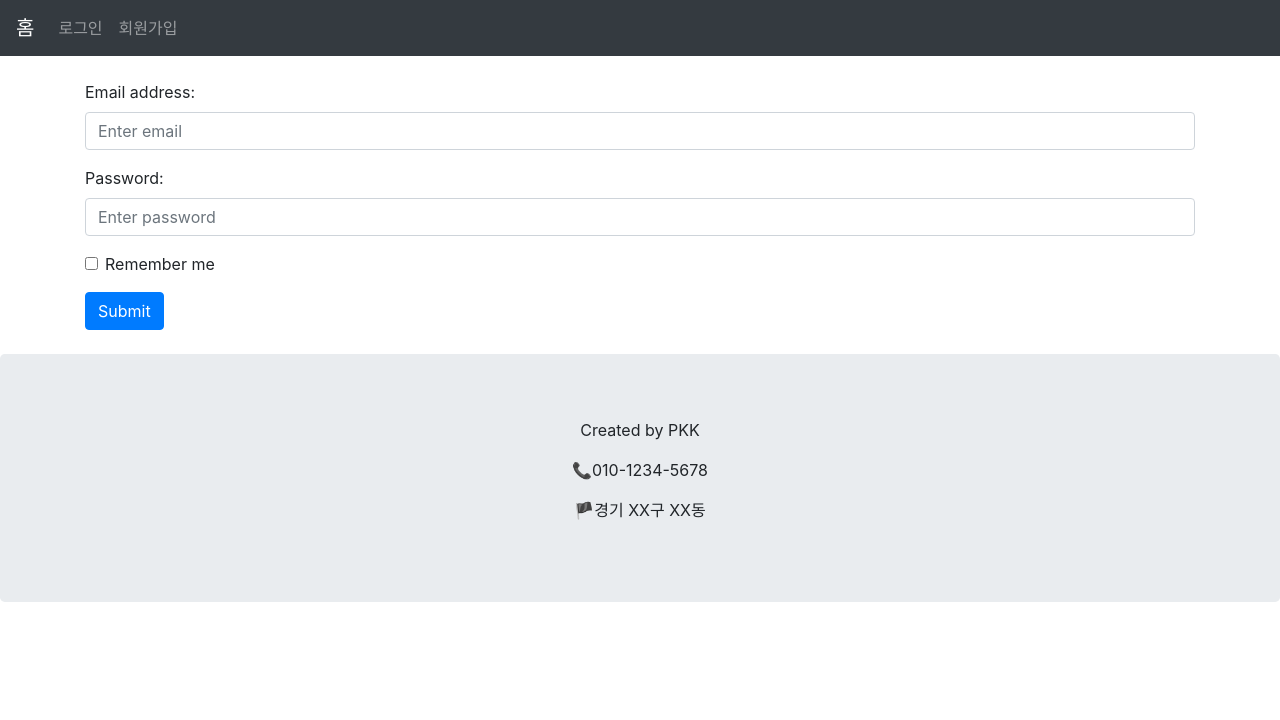
Repository: GGkyu/Springboot-JPA-Blog
Page: http://localhost/blog/WEB-INF/views/user/joinForm.jsp
An editor plug-in stored every save of this project. The page is shown before and after the next save, followed by the edit.
The browser window is 1280 px wide. The pictures show the whole page.
The page is served by Tomcat 9. Nobody is signed in. The template is opened directly, without the code that normally fills it, so the values that code supplies are empty.

Above is the page before, as saved 2021-07-23 02:23:50.

After the next save:
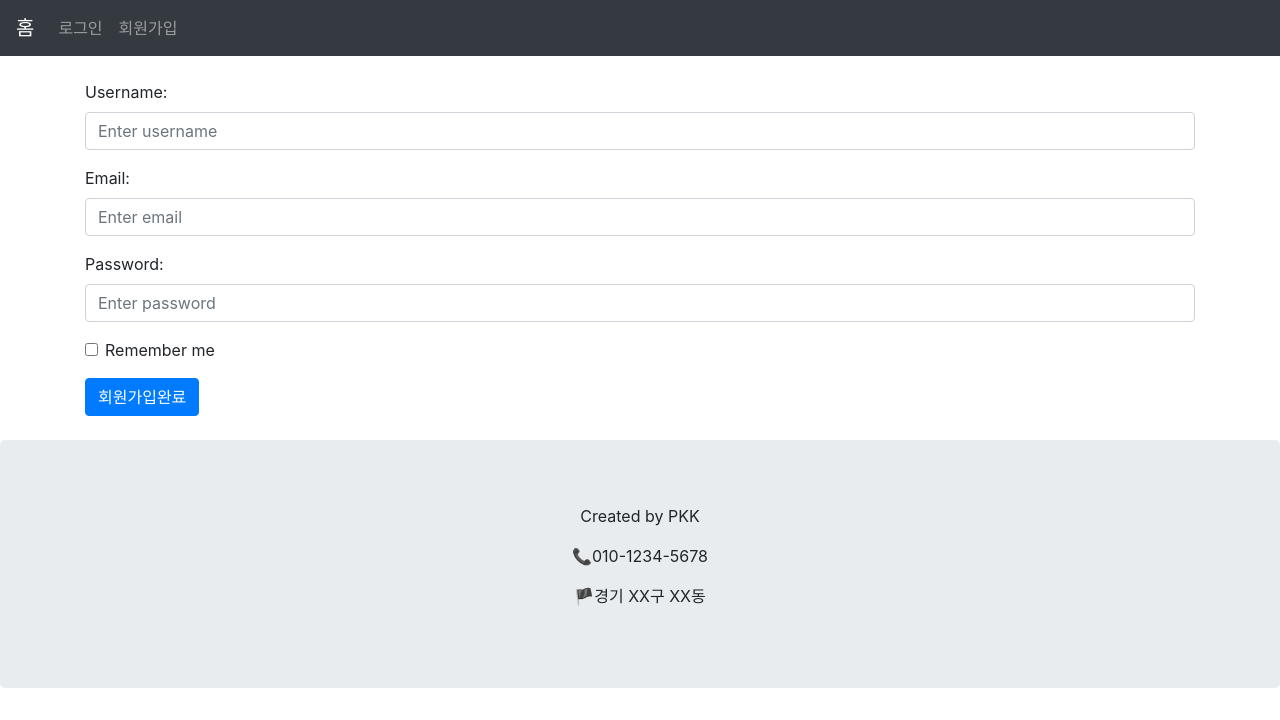
Saved 3 min 9 s later.
--- a/blog/src/main/webapp/WEB-INF/views/user/joinForm.jsp
+++ b/blog/src/main/webapp/WEB-INF/views/user/joinForm.jsp
@@ -5,16 +5,21 @@
 <div class="container">
 	<form action="/action_page.php">
 		<div class="form-group">
-			<label for="email">Email address:</label> <input type="email" class="form-control" placeholder="Enter email" id="email">
+			<label for="username">Username:</label> <input type="text" class="form-control" placeholder="Enter username" id="username">
 		</div>
 		<div class="form-group">
-			<label for="pwd">Password:</label> <input type="password" class="form-control" placeholder="Enter password" id="pwd">
+			<label for="email">Email:</label> <input type="email" class="form-control" placeholder="Enter email" id="email">
 		</div>
+		<div class="form-group">
+			<label for="password">Password:</label> <input type="password" class="form-control" placeholder="Enter password" id="password">
+		</div>
+
 		<div class="form-group form-check">
 			<label class="form-check-label"> <input class="form-check-input" type="checkbox"> Remember me
 			</label>
 		</div>
-		<button type="submit" class="btn btn-primary">Submit</button>
+
+		<button type="submit" class="btn btn-primary">회원가입완료</button>
 	</form>
 </div>
 
